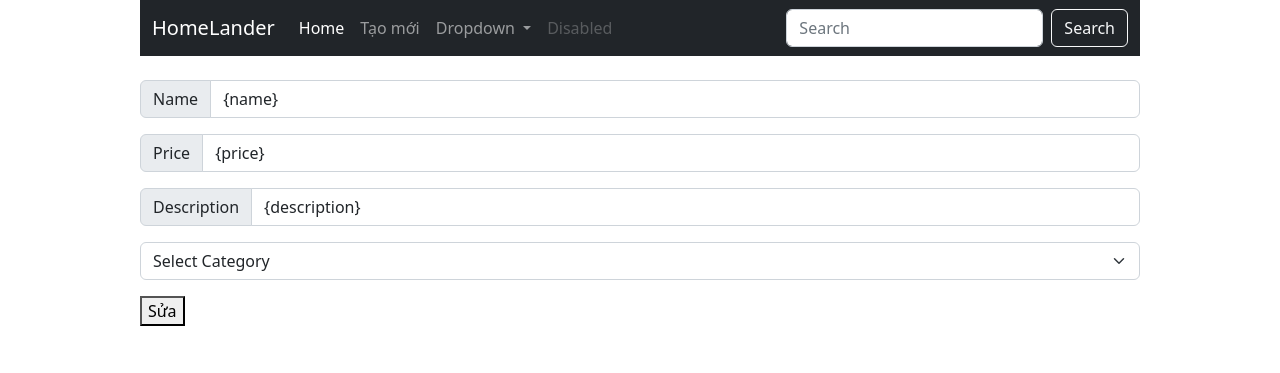
Repository: nguyenhung50497/MD3_CRUD-2Table
Page: src/views/edit.html
These files come from the project's save history. The page is drawn as it stood at one moment and after the next save; the edit follows.
The browser window is 1280 px wide. The pictures show the whole page.

Above is the page before, as saved 2022-12-28 16:25:39.

After the next save:
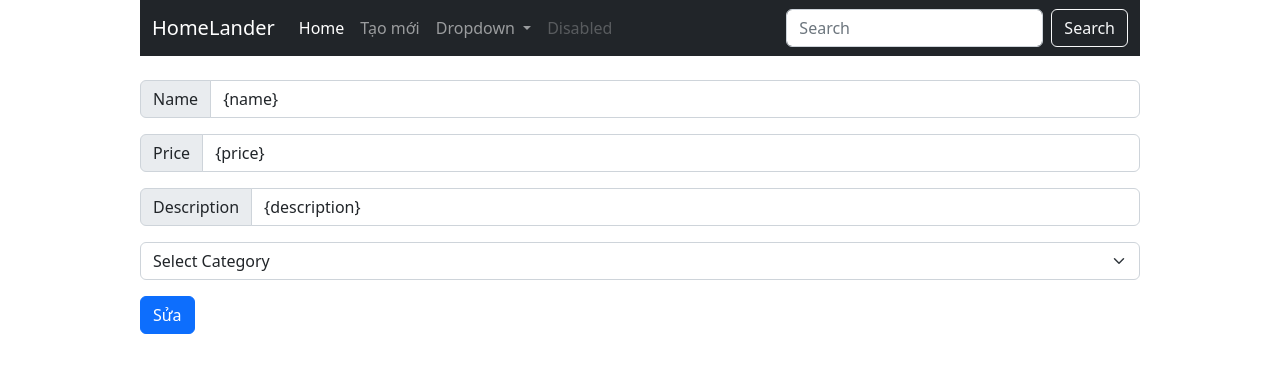
Saved 6 s later.
--- a/src/views/edit.html
+++ b/src/views/edit.html
@@ -64,7 +64,7 @@
             {categories}
           </select>
         </div>
-        <button type="submit" class="">Sửa</button>
+        <button type="submit" class="btn btn-primary">Sửa</button>
       </form>
     </div>
     <script src="https://cdn.jsdelivr.net/npm/bootstrap@5.2.3/dist/js/bootstrap.bundle.min.js" integrity="sha384-kenU1KFdBIe4zVF0s0G1M5b4hcpxyD9F7jL+jjXkk+Q2h455rYXK/7HAuoJl+0I4" crossorigin="anonymous"></script>
